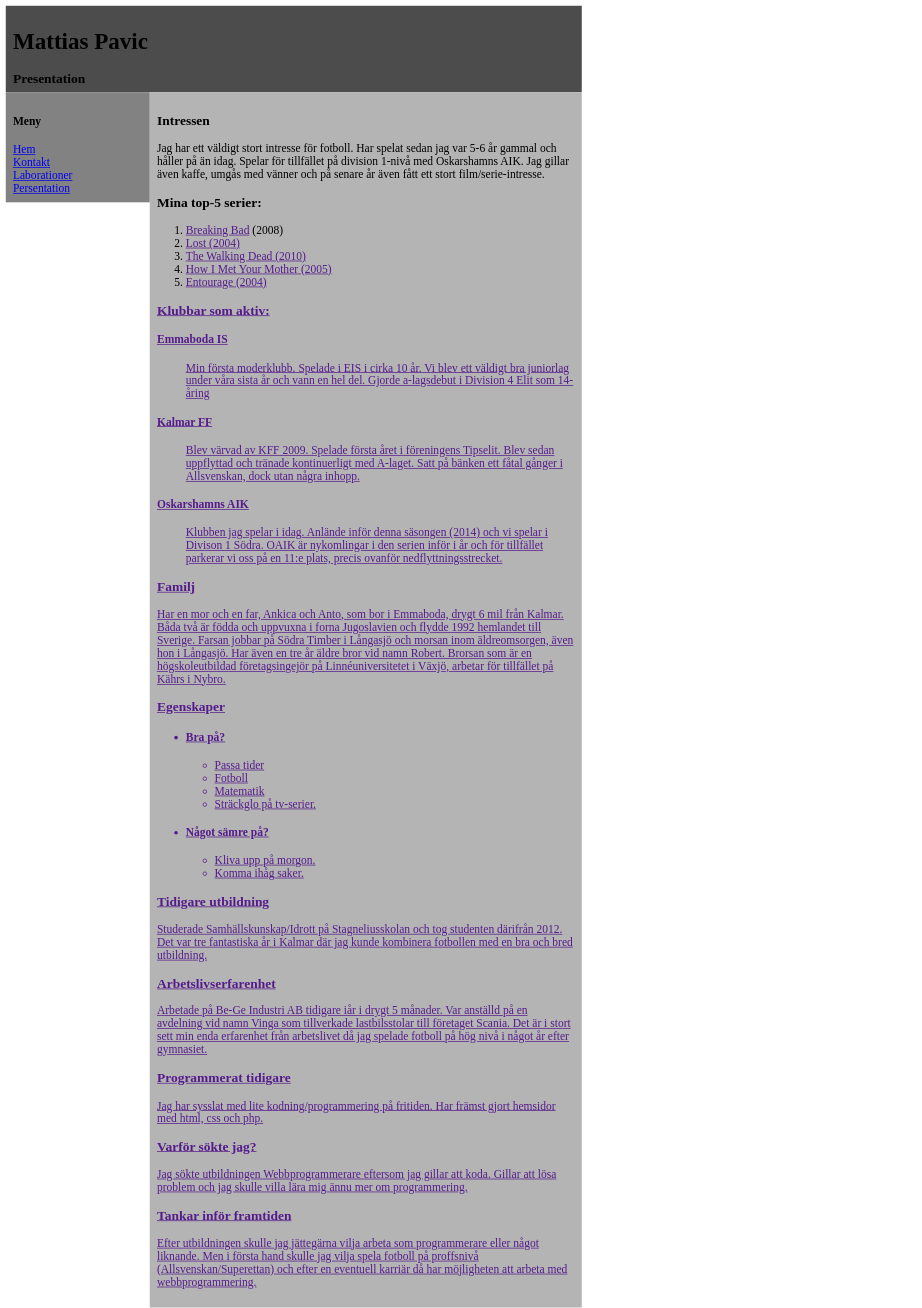
Repository: mp222sf/1ik415-laborationer
Page: pages/presentation.html
The author's editor kept a record of every edit. The page is drawn from the files as they stood at one moment, then again after the next edit.
The browser window is 1280 px wide. The pictures show the whole page, at 72% of full size.

Above is the page before.

### pages/presentation.html
<!doctype html>
<html lang="sv">
    <head>
        <meta charset="utf-8" />
        <title>Mattias Pavic</title>
    </head>
    <body>

        <div id="container" style="width:800px">
            <div id="header" style="padding: 10px;background-color:#4C4C4C;height: 100px;">
                <h1>Mattias Pavic</h1>
                <h3>Presentation</h3>
            </div>
            <div id="menu" style="padding: 10px;background-color:#828282;width:180px;float:left;">
                <h4>Meny</h4>
                <a href="../index.html">Hem</a><br>
                <a href="kontakt.html">Kontakt</a><br>
                <a href="laborationer.html">Laborationer</a><br>
                <a href="presentation.html">Persentation</a><br>
            </div>

            <div id="content" style="padding: 10px;background-color:#B4B4B4;width:580px;float:left;">
                <!--Här skriver vi infomationen om mina intressen.-->
                <h3>Intressen</h3>
                <p> Jag har ett väldigt stort intresse för fotboll. Har spelat sedan jag var 5-6 år gammal och håller på än idag.
                    Spelar för tillfället på division 1-nivå med Oskarshamns AIK.
                    Jag gillar även kaffe, umgås med vänner och på senare år även fått ett stort film/serie-intresse.</p>

                <h3>Mina top-5 serier:</h3>
                <ol>
                    <li><a href="">Breaking Bad</a> (2008)</li>
                    <li><a href="">Lost (2004)</li>
                    <li><a href="">The Walking Dead (2010)</li>
                    <li><a href="">How I Met Your Mother (2005)</li>
                    <li><a href="">Entourage (2004)</li>
                </ol>

                <h3>Klubbar som aktiv:</h3>
                <dl>
                    <dt><h4>Emmaboda IS</h4></dt>
                        <dd>Min första moderklubb. Spelade i EIS i cirka 10 år. Vi blev ett väldigt bra juniorlag under våra sista år och vann en hel del. Gjorde a-lagsdebut i Division 4 Elit som 14-åring</dd>
                    <dt><h4>Kalmar FF</h4></dt>
                        <dd>Blev värvad av KFF 2009. Spelade första året i föreningens Tipselit. Blev sedan uppflyttad och tränade kontinuerligt med A-laget. Satt på bänken ett fåtal gånger i Allsvenskan, dock utan några inhopp.</dd>
                    <dt><h4>Oskarshamns AIK</h4></dt>
                        <dd>Klubben jag spelar i idag. Anlände inför denna säsongen (2014) och vi spelar i Divison 1 Södra. OAIK är nykomlingar i den serien inför i år och för tillfället parkerar vi oss på en 11:e plats, precis ovanför nedflyttningsstrecket.</dd>
                </dl>

                <h3>Familj</h3>
                <p> Har en mor och en far, Ankica och Anto, som bor i Emmaboda, drygt 6 mil från Kalmar.
                    Båda två är födda och uppvuxna i forna Jugoslavien och flydde 1992 hemlandet till Sverige.
                    Farsan jobbar på Södra Timber i Långasjö och morsan inom äldreomsorgen, även hon i Långasjö.
                    Har även en tre år äldre bror vid namn Robert.
                    Brorsan som är en högskoleutbildad företagsingejör på Linnéuniversitetet i Växjö, arbetar för tillfället på Kährs i Nybro.</p>

                <!--Listan ger Error i Validator. Förstår ej?!.-->
                <h3>Egenskaper</h3>
                <ul>
                    <li><h4>Bra på?</h4>
                        <ul>
                            <li>Passa tider</li>
                            <li>Fotboll</li>
                            <li>Matematik</li>
                            <li>Sträckglo på tv-serier.</li>
                        </ul>
                    </li>
                   <li><h4>Något sämre på?</h4>
                        <ul>
                            <li>Kliva upp på morgon.</li>
                            <li>Komma ihåg saker.</li>
                        </ul>
                    </li>
                </ul>

                <h3>Tidigare utbildning</h3>
                <p> Studerade Samhällskunskap/Idrott på Stagneliusskolan och tog studenten därifrån 2012. Det var tre fantastiska år i Kalmar där jag kunde kombinera fotbollen med en bra och bred utbildning.</p>

                <h3>Arbetslivserfarenhet</h3>
                <p> Arbetade på Be-Ge Industri AB tidigare iår i drygt 5 månader.
                    Var anställd på en avdelning vid namn Vinga som tillverkade lastbilsstolar till företaget Scania.
                    Det är i stort sett min enda erfarenhet från arbetslivet då jag spelade fotboll på hög nivå i något år efter gymnasiet.</p>

                <h3>Programmerat tidigare</h3>
                <p> Jag har sysslat med lite kodning/programmering på fritiden.
                    Har främst gjort hemsidor med html, css och php.</p>

                <h3>Varför sökte jag?</h3>
                <p> Jag sökte utbildningen Webbprogrammerare eftersom jag gillar att koda.
                    Gillar att lösa problem och jag skulle villa lära mig ännu mer om programmering.</p>

                <h3>Tankar inför framtiden</h3>
                <p> Efter utbildningen skulle jag jättegärna vilja arbeta som programmerare eller något liknande.
                    Men i första hand skulle jag vilja spela fotboll på proffsnivå (Allsvenskan/Superettan) och efter en eventuell karriär då har möjligheten att arbeta med webbprogrammering.</p>

            </div>
        </div>



    </body>
</html>

After the next edit:
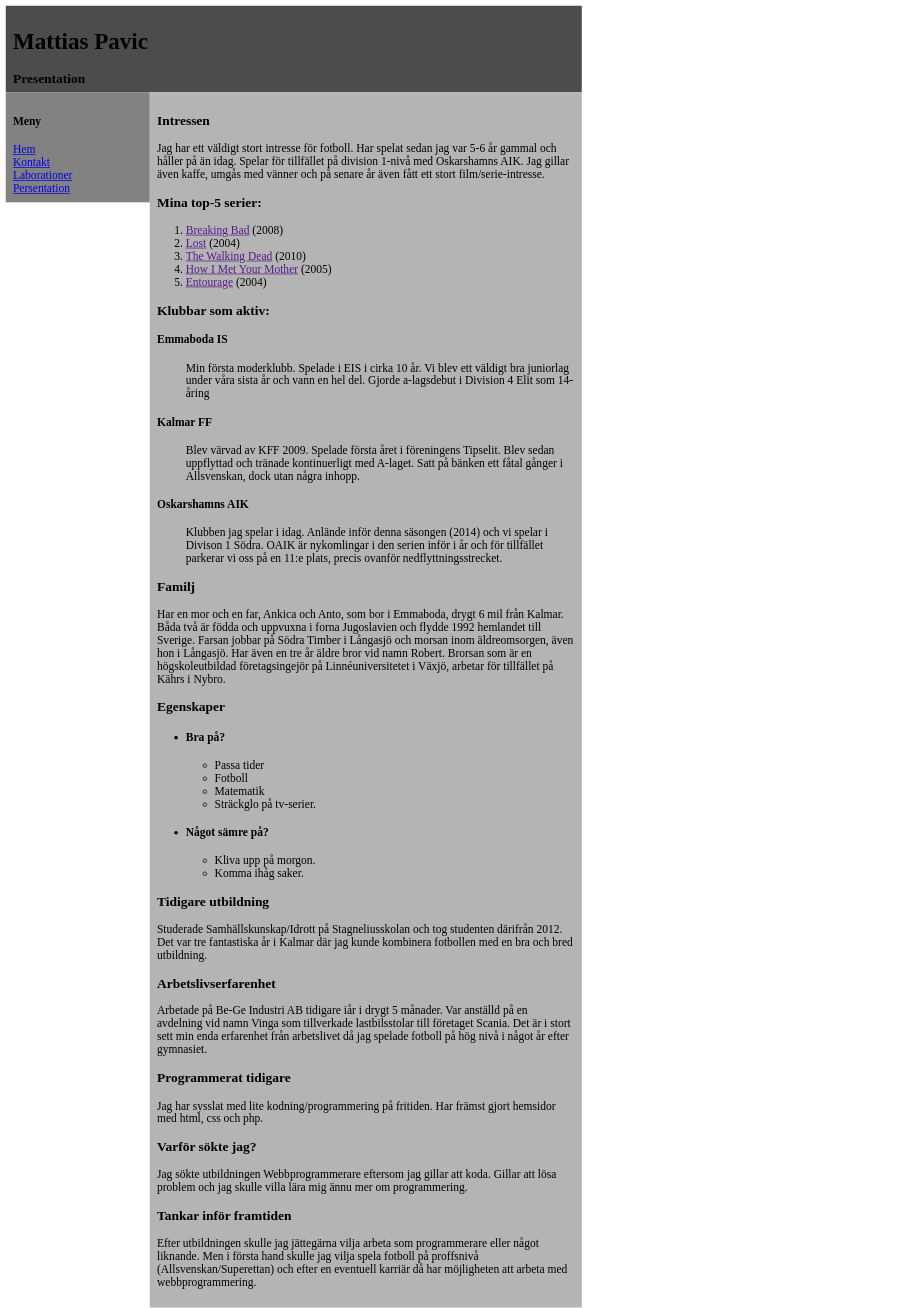
The edit:
--- a/pages/presentation.html
+++ b/pages/presentation.html
@@ -29,10 +29,10 @@
                 <h3>Mina top-5 serier:</h3>
                 <ol>
                     <li><a href="">Breaking Bad</a> (2008)</li>
-                    <li><a href="">Lost (2004)</li>
-                    <li><a href="">The Walking Dead (2010)</li>
-                    <li><a href="">How I Met Your Mother (2005)</li>
-                    <li><a href="">Entourage (2004)</li>
+                    <li><a href="">Lost</a> (2004)</li>
+                    <li><a href="">The Walking Dead</a> (2010)</li>
+                    <li><a href="">How I Met Your Mother</a> (2005)</li>
+                    <li><a href="">Entourage</a> (2004)</li>
                 </ol>
 
                 <h3>Klubbar som aktiv:</h3>
